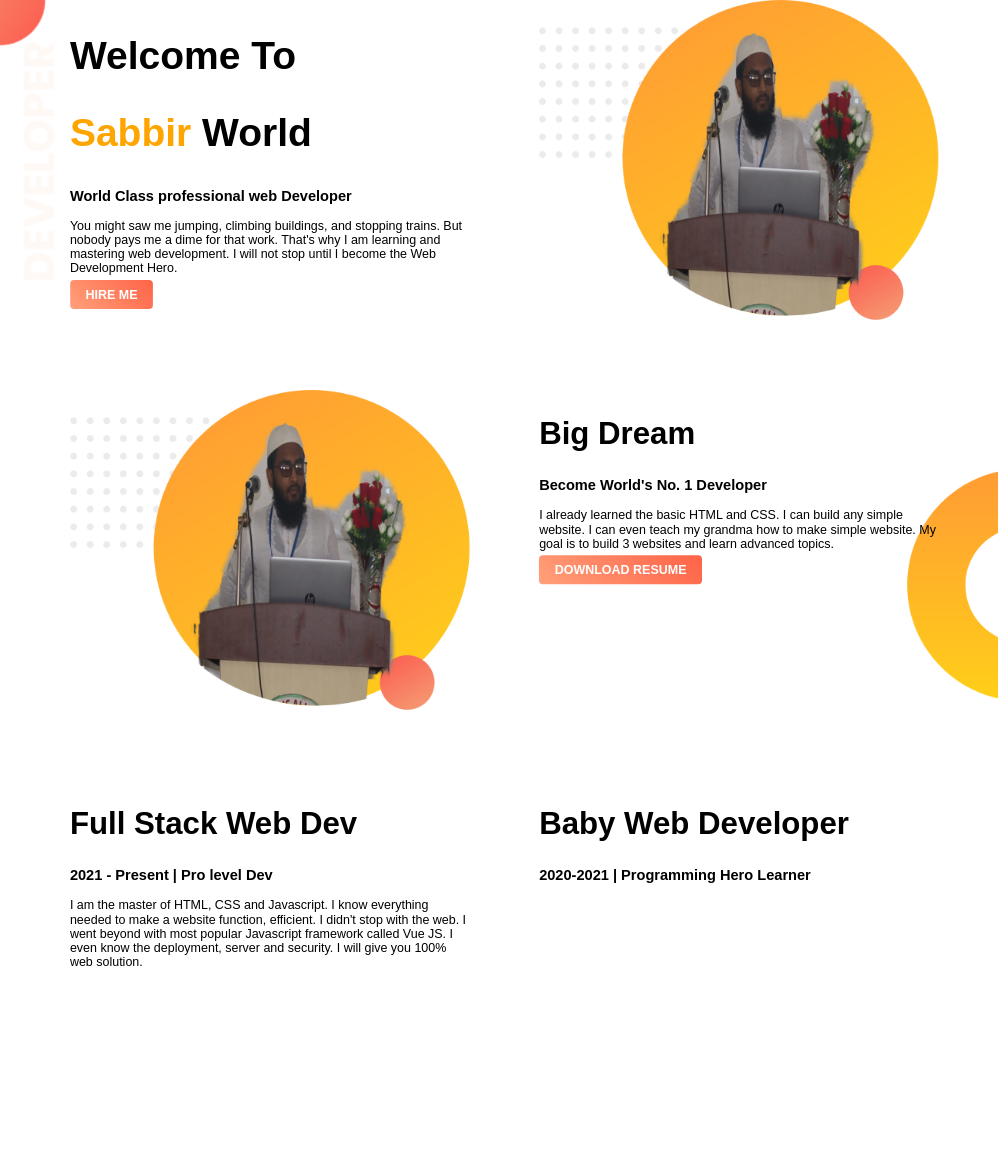
Repository: sabbircse3/web-protfolio
Page: index.html
An editor plug-in stored every save of this project. The page is shown before and after a run of saves, followed by the edit.
The browser window is 1280 px wide. The pictures show the whole page, at 78% of full size.

Above is the page before, as saved 2021-01-04 10:35:29.

### index.html
<!DOCTYPE html>
<html lang="en">
<head>
    <meta charset="UTF-8">
    <meta name="viewport" content="width=device-width, initial-scale=1.0">
    <title>Sabbir web-portfolio</title>
    <link rel="preconnect" href="https://fonts.gstatic.com">
    <link href="https://fonts.googleapis.com/css2?family=Montserrat&display=swap" rel="stylesheet">
    <link rel="stylesheet" href="style.css">
</head>
<body>
    <section class="top-banner">
        <div class="half-width">
            <h1>Welcome To</h1>
            <h1> <span class="name-highlight">Sabbir</span> World</h1>
            <h3>World Class professional web Developer</h3>
            <p>You might saw me jumping, climbing buildings, and stopping trains. But nobody pays me a dime for that work. That's why I am learning and mastering web development. I will not stop until I become the Web Development Hero.</p>
            <a class="link-button" target="_blank" href="https://www.linkedin.com/company/programminghero/">HIRE ME</a>
        </div>
        <div class="half-width">
            <img src="images/sabbir1.png" alt="">
        </div>
    </section>

    <section class="dream-area">
        <div class="half-width">
            <img src="images/sabbir1.png" alt="">
        </div>
        <div class="half-width">
            <h2> Big Dream</h2>
            <h3>Become World's No. 1 Developer</h3>
            <p>I already learned the basic HTML and CSS. I can build any simple website. I can even teach my grandma how to make simple website. My goal is to build 3 websites and learn advanced topics.</p>
            <a class="link-button" target="_blank" href="https://www.linkedin.com/company/programminghero/">DOWNLOAD RESUME</a>
        </div>

    </section>

    <section class="experience-area">
        <div class="half-width">
            <h2>Full Stack Web Dev</h2>
            <h3>2021 - Present | Pro level Dev</h3>
            <p>I am the master of HTML, CSS and Javascript. I know everything needed to make a website function, efficient. I didn't stop with the web. I went beyond with most popular Javascript framework called Vue JS. I even know the deployment, server and security. I will give you 100% web solution.</p>

        </div>
        <div class="half-width">
            <h2>Baby Web Developer</h2>
            <h3>2020-2021 | Programming Hero Learner</h3>

        </div>
    </section>

</body>
</html>

### style.css
body{
    font-family: sans-serif;
    margin: 0px;
}
h1{
    font-size: 50px;
}
h2{
    font-size: 40px;
}
.name-highlight{
    color: orange;
}
.half-width{
    width: 40%;
    float: left;
    margin-left: 5%;
    padding-left: 2%;
}
.half-width img{
    width: 100%;
}
.top-banner{
    background-image: url("images/top-banner.png");
    background-repeat: no-repeat;
}
section{
    height: 500px;
}
.link-button{
    text-decoration: none;
    background-image: linear-gradient(45deg, lightSalmon, tomato);
    padding: 10px 20px;
    border-radius: 5px;
    color: white;
    font-weight: 700;
}
.dream-area{
    background-image: url("images/dream-bg.png");
    background-repeat: no-repeat;
    background-position: right;
}
.experience-area{

}

After the next 3 saves:
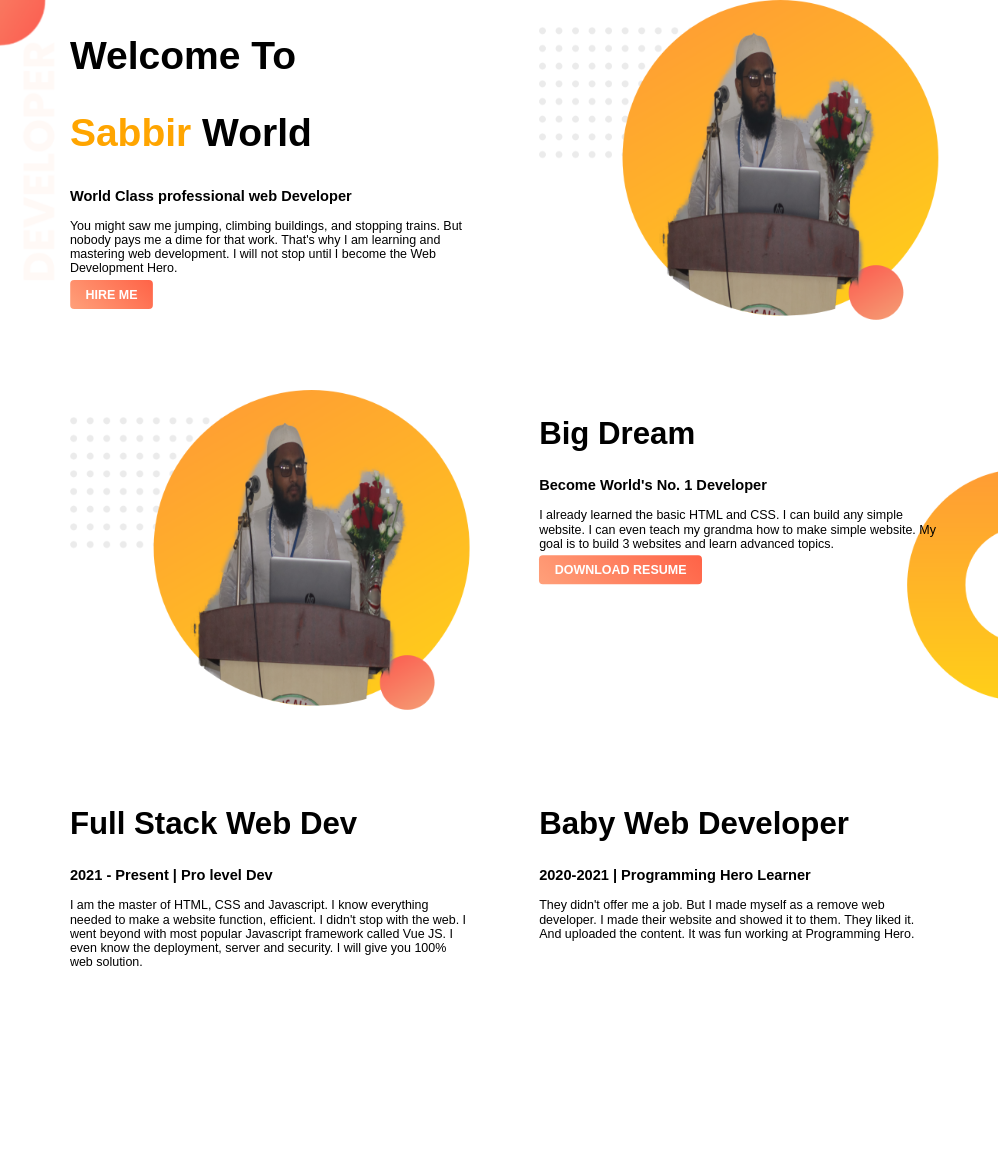
The 3 saves are shown as one change because they came seconds apart.
The last was saved 12 s later.
--- a/index.html
+++ b/index.html
@@ -45,6 +45,7 @@
         <div class="half-width">
             <h2>Baby Web Developer</h2>
             <h3>2020-2021 | Programming Hero Learner</h3>
+            <p>They didn't offer me a job. But I made myself as a remove web developer. I made their website and showed it to them. They liked it. And uploaded the content. It was fun working at Programming Hero.</p>
 
         </div>
     </section>
